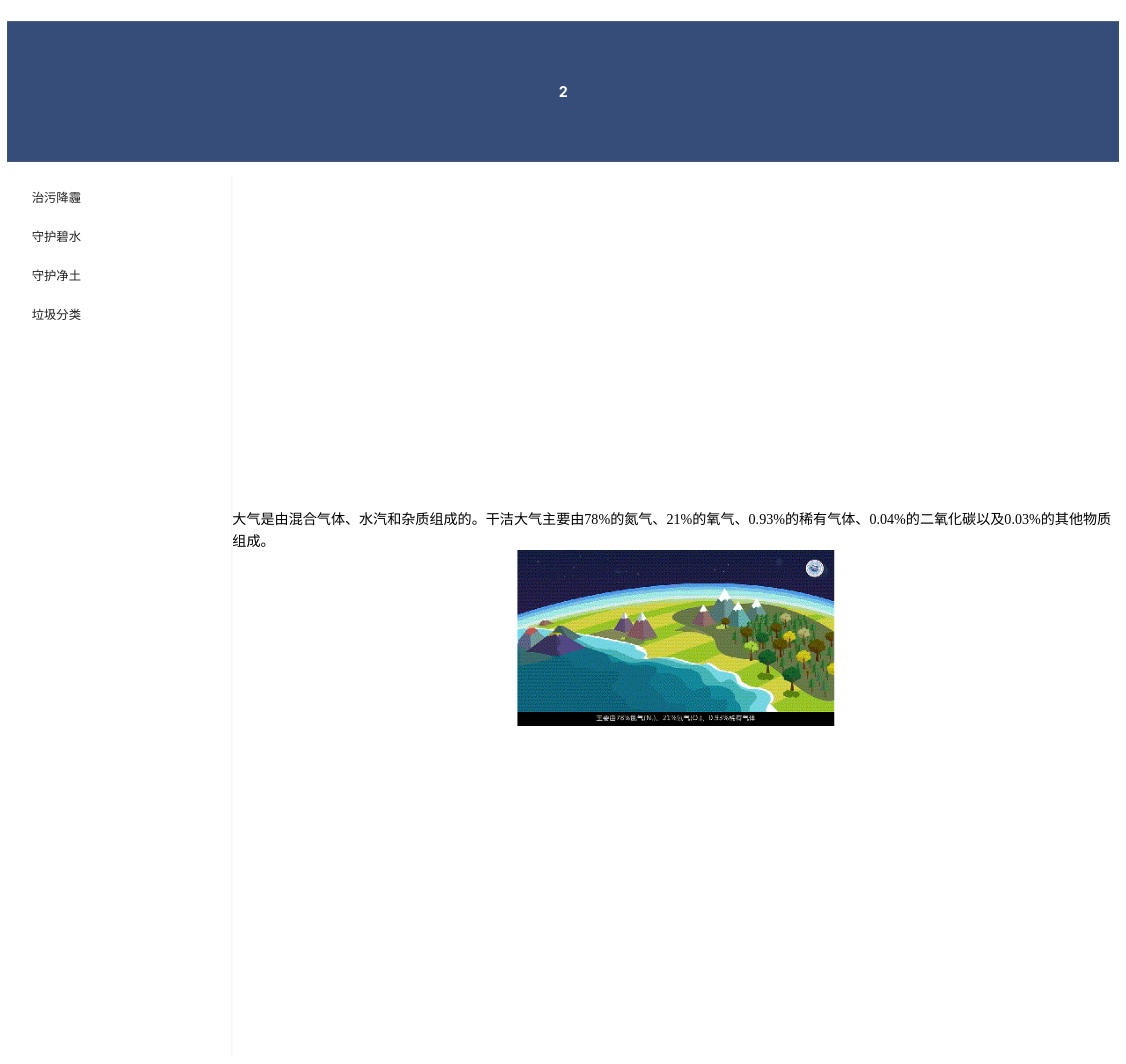
Repository: samllbin/summerWeb
Page: /
These files come from the project's save history. The page is drawn as it stood at one moment and after the next save; the edit follows.
The browser window is 1280 px wide. The pictures show the whole page, at 88% of full size.
The project was rebuilt for these pictures with package versions that can differ from the ones it lists, and the page was loaded fresh each time. Also part of the build but not shown: vite.config.js, components/menu/config.js, components/article/index.module.css, components/article/index.jsx.

Above is the page before, as saved 2024-07-22 16:06:04.

After the next save:
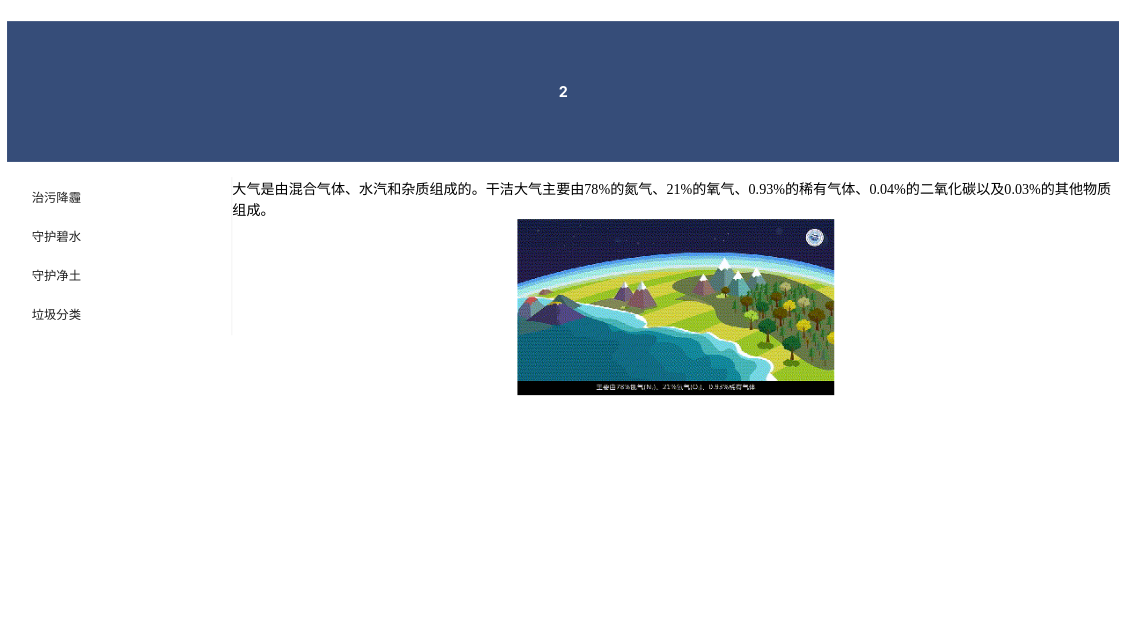
Saved 7 s later.
--- a/components/menu/MenuTab.jsx
+++ b/components/menu/MenuTab.jsx
@@ -12,7 +12,7 @@ export default function MenuTab({ current, setCurrent }) {
     <div>
       <Menu
         onClick={onClick}
-        style={{ width: 256, height: 1000 }}
+        style={{ width: 256 }}
         defaultOpenKeys={["sub1"]}
         selectedKeys={[current]}
         mode="inline"
